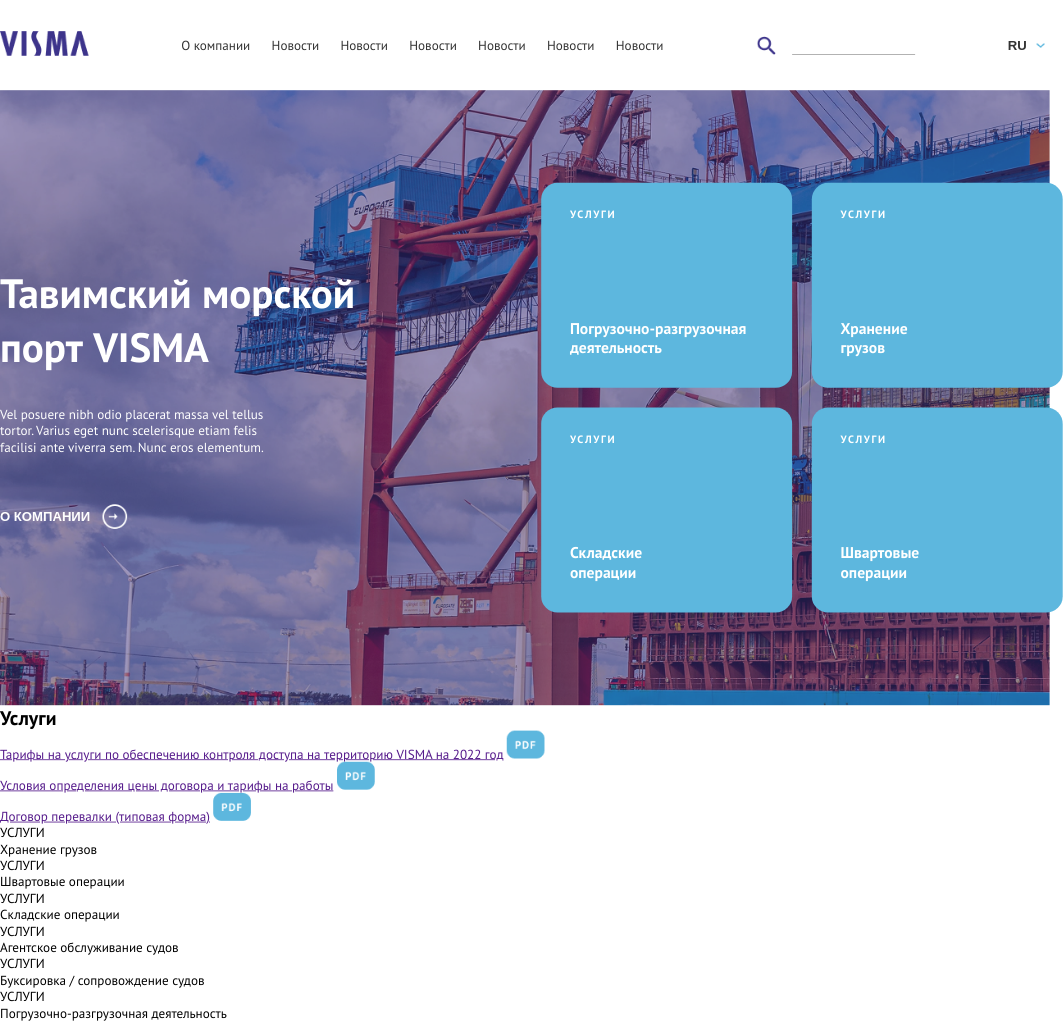
Repository: Shaiyr1/Visma
Page: index.html
These files come from the project's save history. The page is drawn as it stood at one moment and after the next save; the edit follows.
The browser window is 1280 px wide. The page is 1296 px wide, so the pictures cover 1296 px, including what lies to the right of the window. The pictures show the whole page, at 82% of full size.
The style sheet was rebuilt from its Sass, Less or Tailwind sources for each picture, by a compiler version that may differ from the author's.

Above is the page before, as saved 2026-09-16 14:31:38.

After the next save:
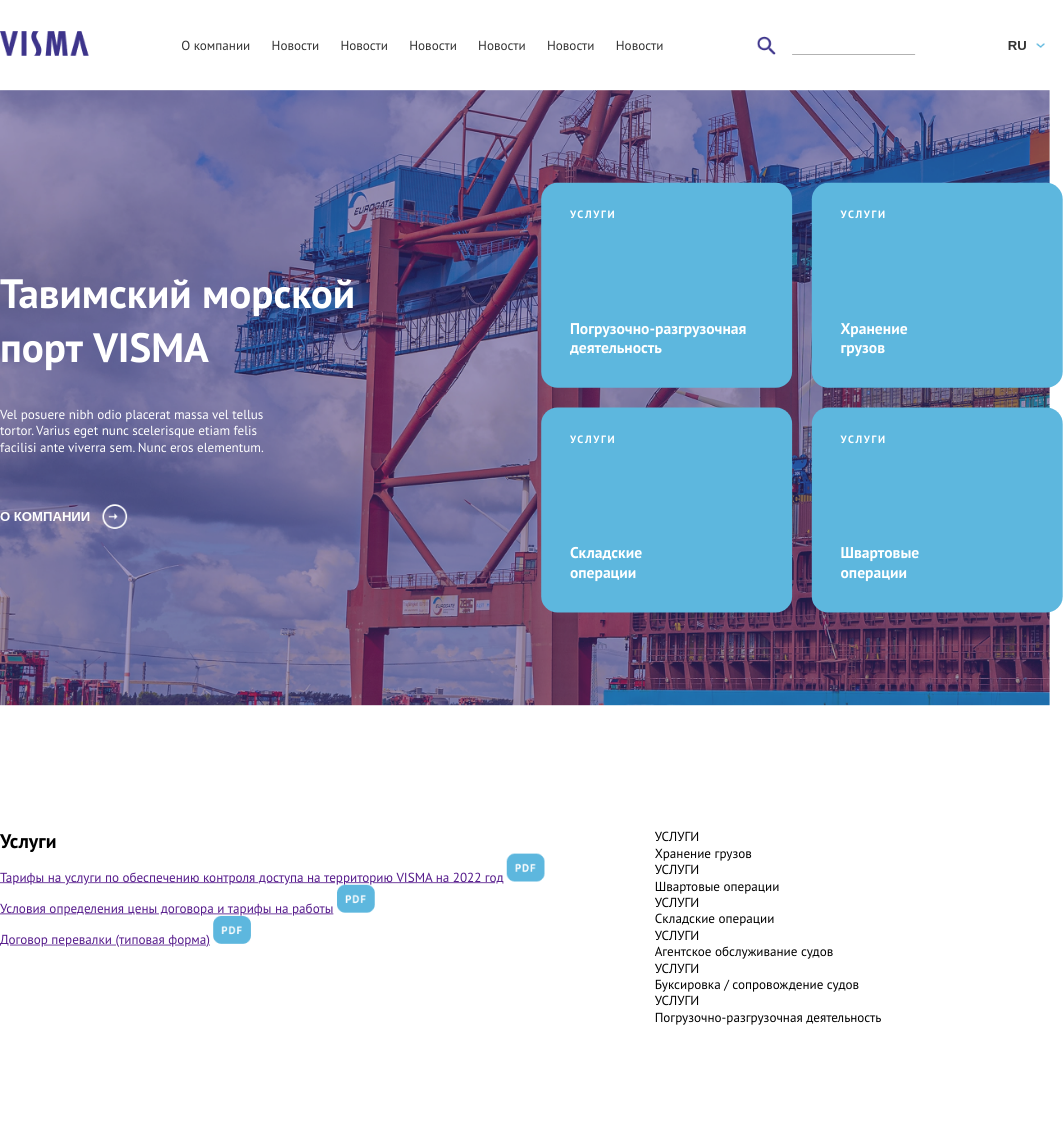
Saved 25 s later.
--- a/src/scss/style.scss
+++ b/src/scss/style.scss
@@ -16,3 +16,4 @@
 
 @import "header";
 @import "home";
+@import "services";
